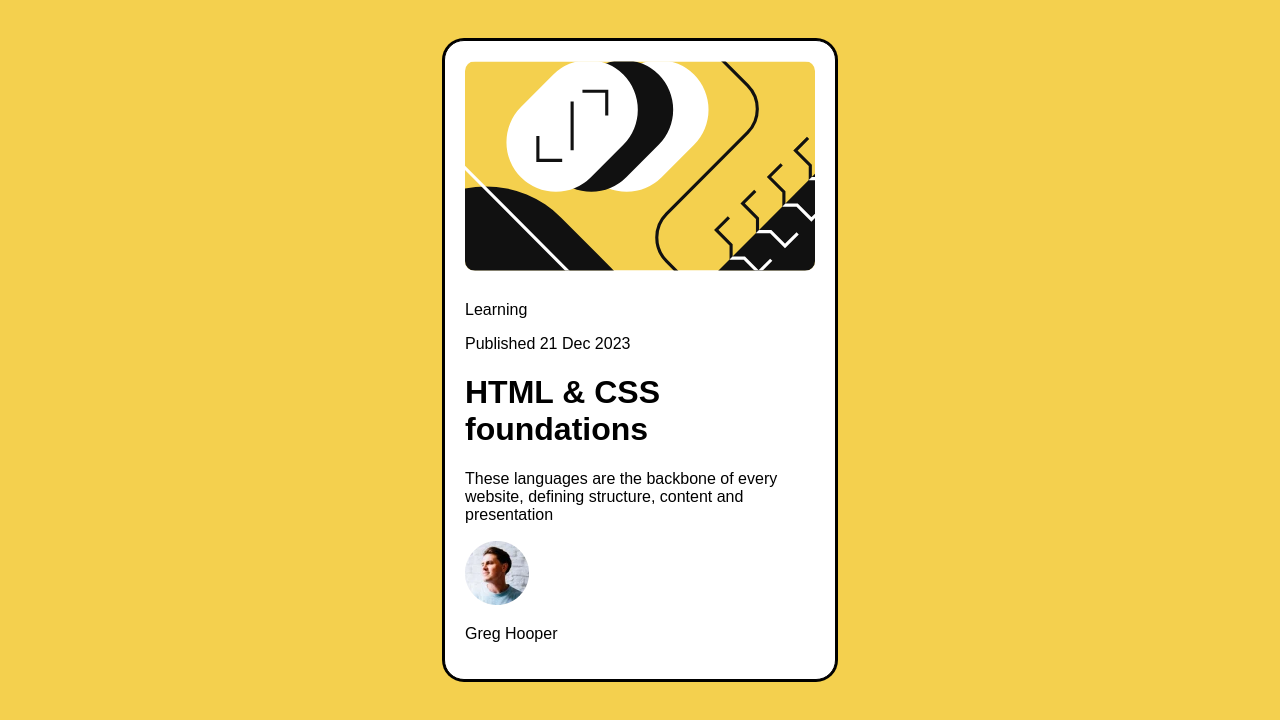
Repository: brandontaylor1/blogpreviewcard
Page: index.html
These files come from the project's save history. The page is drawn as it stood at one moment and after the next save; the edit follows.
The browser window is 1280 px wide. The pictures show the whole page.

Above is the page before, as saved 2024-12-25 11:02:57.

After the next save:
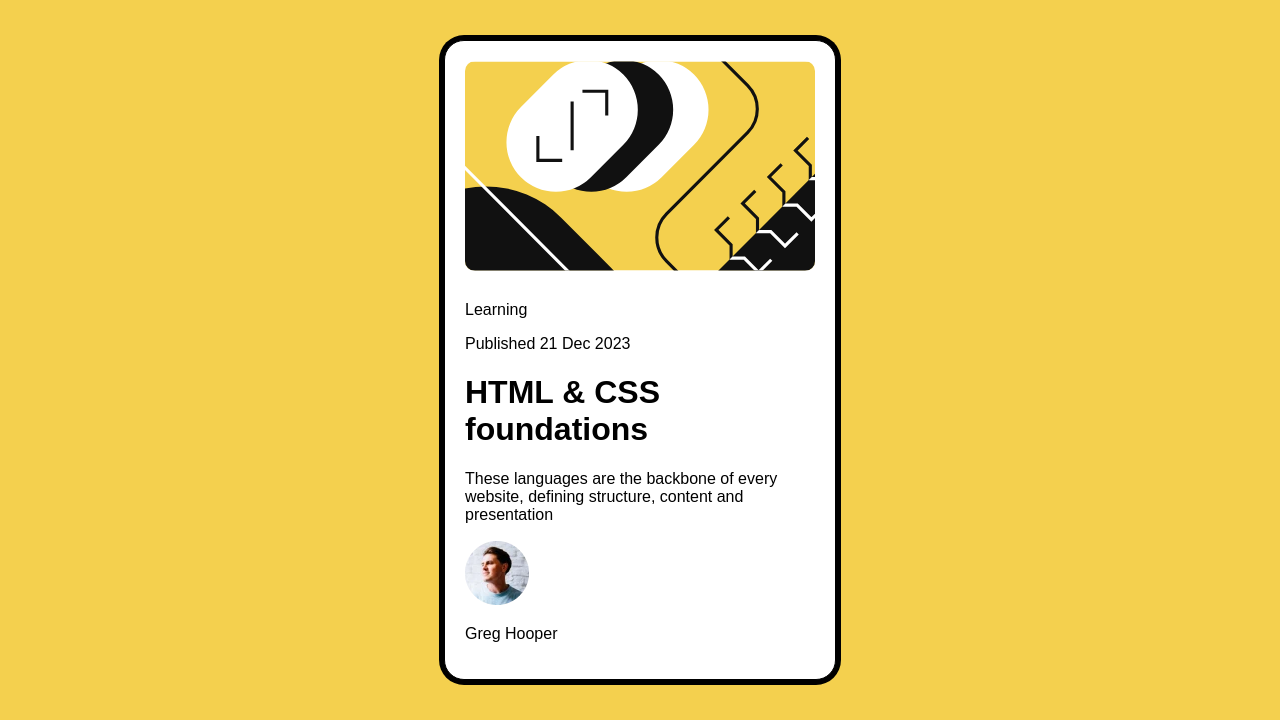
Saved 7 s later.
--- a/index.css
+++ b/index.css
@@ -35,7 +35,7 @@
     padding: 20px;
     border-radius: 20px;
     border: 1px solid black;
-    box-shadow: 0 0 0px 2px rgba(0, 0, 0, 1);
+    box-shadow: 0 0 0px 5px rgba(0, 0, 0, 1);
 }
 
 .heading-img {
